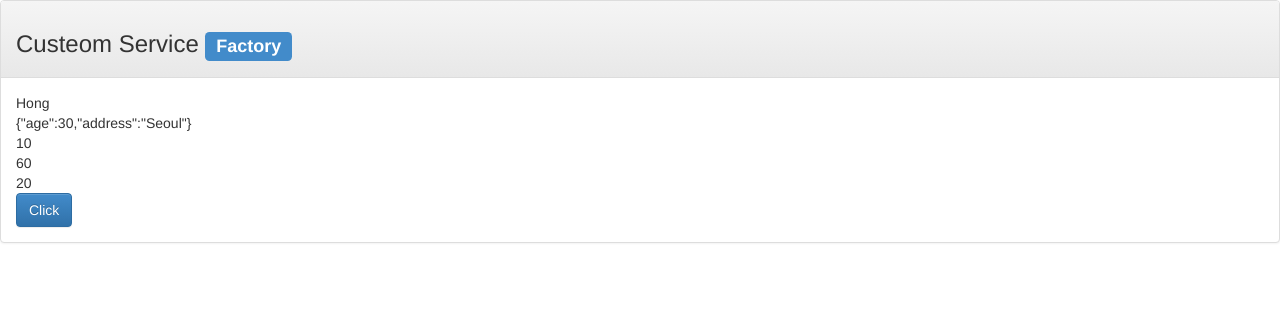
Repository: chisun-joung/workplace
Page: angularJS/WebContent/Chap18_Service/S06_Factory.html
An editor plug-in stored every save of this project. The page is shown before and after the next save, followed by the edit.
The browser window is 1280 px wide. The pictures show the whole page.
Some web libraries are served in a nearby version.

Above is the page before, as saved 2016-11-30 00:40:05.

### angularJS/WebContent/Chap18_Service/S06_Factory.html
<!DOCTYPE html>
<html ng-app="app">
<head>
	<meta charset="UTF-8">
	<title>Factory</title>
	<script src="https://ajax.googleapis.com/ajax/libs/angularjs/1.2.9/angular.js"></script>
	<link href="bootstrap.css" rel="stylesheet" />
	<link href="bootstrap-theme.css" rel="stylesheet" />
	<script type="text/javascript">

		var demo = angular.module('demo',[]);
		demo.constant('name', 'Hong');
		demo.constant('user', {
			age: 30,
			address: 'Seoul',
			getInfo: function(){
				return this.age + " : " + this.address;
			}
		});
		demo.factory('demoFactory',['name','user',function(name, user){
			var jumsu = [10,20,30,0,0];
			var userName = name;
			var user = user;
			var setKor = function(kor){
				jumsu[0] = kor;
			}
			var getKor = function(){
				return jumsu[0];
			}
			var getTotal = function(){
				jumsu[3] = jumsu[0] + jumsu[1] + jumsu[2];
				return jumsu[3];
			}
			var getAvg = function(){
				jumsu[4] = jumsu[3] /3 ;
				return jumsu[4];
			}
			return {
				name : userName,
				user : user,
				getKor : getKor,
				getAvg : getAvg,
				getTotal : getTotal
			}
		}]);

		var app = angular.module('app', ['demo']);
		app.controller('mainCtrl', ['$scope', 'demoFactory',function ($scope, demoFactory) {
			$scope.name = demoFactory.name;
			$scope.user = demoFactory.user;
			$scope.kor = demoFactory.getKor();
			$scope.total = demoFactory.getTotal();
			$scope.avg = demoFactory.getAvg();

		}])
	</script>
</head>
<body>

	<div class="panel panel-default">
		<div class="panel-heading">
			<h3>
				Custeom Service
				<span class="label label-primary">Factory</span>
			</h3>
		</div>


		<div class="panel-body" ng-controller="mainCtrl">
			<div>{{name}}</div>
			<div>{{user}}</div>
			<div>{{kor}}</div>
			<div>{{total}}</div>
			<div>{{avg}}</div>
			<div></div>
			<button class="btn btn-primary">Click</button>
		</div>

	</div>

</body>
</html>

Loaded but not shown: angularJS/WebContent/Chap18_Service/bootstrap.css (library); angularJS/WebContent/Chap18_Service/bootstrap-theme.css (library)

After the next save:
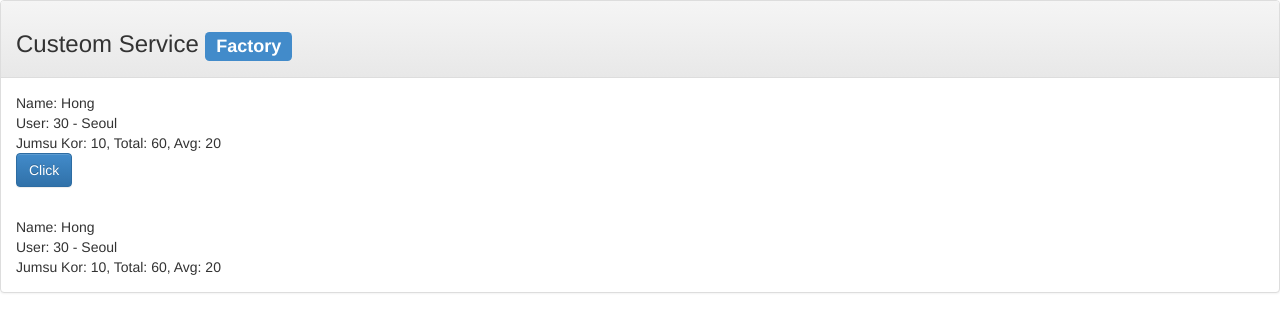
Saved 2 min 35 s later.
--- a/angularJS/WebContent/Chap18_Service/S06_Factory.html
+++ b/angularJS/WebContent/Chap18_Service/S06_Factory.html
@@ -7,8 +7,7 @@
 	<link href="bootstrap.css" rel="stylesheet" />
 	<link href="bootstrap-theme.css" rel="stylesheet" />
 	<script type="text/javascript">
-
-		var demo = angular.module('demo',[]);
+		var demo = angular.module('demo', []);
 		demo.constant('name', 'Hong');
 		demo.constant('user', {
 			age: 30,
@@ -17,10 +16,17 @@
 				return this.age + " : " + this.address;
 			}
 		});
-		demo.factory('demoFactory',['name','user',function(name, user){
-			var jumsu = [10,20,30,0,0];
+		demo.factory('demoFactory', ['name','user',
+		                             function(name, user){
+			// 1. 기본적으로 var을 이용한 변수와 함수를 선언한다.
+			// 2. 반드시 return을 이용하여 var로 선언한 변수와 함수 중
+			//		공개할 변수, 함수를 Object 타입으로 리턴해야 한다.
+			// 3. config에서 직접 변경 불가
+			//		value처럼 decorator를 이용한 변경은 가능하다.
 			var userName = name;
 			var user = user;
+			var jumsu = [10,20,30,0,0];
+
 			var setKor = function(kor){
 				jumsu[0] = kor;
 			}
@@ -32,25 +38,44 @@
 				return jumsu[3];
 			}
 			var getAvg = function(){
-				jumsu[4] = jumsu[3] /3 ;
+				jumsu[4] = jumsu[3] / 3;
 				return jumsu[4];
 			}
+
+			// 위에서 선언한 변수, 함수 중 공개할 것만 정의.
 			return {
+				// 앞의 키값이 공개할 이름, value 값이 정의한 변수 또는 함수
 				name : userName,
-				user : user,
-				getKor : getKor,
-				getAvg : getAvg,
-				getTotal : getTotal
+				user: user,
+				kor : getKor,
+				total : getTotal,
+				avg: getAvg
 			}
-		}]);
+ 		}]);
 
 		var app = angular.module('app', ['demo']);
-		app.controller('mainCtrl', ['$scope', 'demoFactory',function ($scope, demoFactory) {
+		app.controller('mainCtrl', ['$scope','demoFactory',
+		                    function ($scope, demoFactory) {
 			$scope.name = demoFactory.name;
 			$scope.user = demoFactory.user;
-			$scope.kor = demoFactory.getKor();
-			$scope.total = demoFactory.getTotal();
-			$scope.avg = demoFactory.getAvg();
+			$scope.kor = demoFactory.kor();
+
+			// 허용하지 않은 setKor 호출
+			//demoFactory.setKor(100);
+
+			$scope.total = demoFactory.total();
+			$scope.avg = demoFactory.avg();
+
+			$scope.change = function(){
+				$scope.user.age = 100;
+				$scope.name = "홍길동";
+				$scope.total = 300;
+			}
+
+			// total 값이 변경되면 평균은 다시 산출
+			$scope.$watch('total', function(nv){
+				$scope.avg = nv / 3;
+			})
 
 		}])
 	</script>
@@ -67,15 +92,17 @@
 
 
 		<div class="panel-body" ng-controller="mainCtrl">
-			<div>{{name}}</div>
-			<div>{{user}}</div>
-			<div>{{kor}}</div>
-			<div>{{total}}</div>
-			<div>{{avg}}</div>
-			<div></div>
-			<button class="btn btn-primary">Click</button>
+			<div>Name: {{name}}</div>
+			<div>User: {{user.age}} - {{user.address}}</div>
+			<div>Jumsu Kor: {{kor}}, Total: {{total}}, Avg: {{avg}}</div>
+			<button class="btn btn-primary" ng-click="change()">Click</button>
 		</div>
 
+		<div class="panel-body" ng-controller="mainCtrl">
+			<div>Name: {{name}}</div>
+			<div>User: {{user.age}} - {{user.address}}</div>
+			<div>Jumsu Kor: {{kor}}, Total: {{total}}, Avg: {{avg}}</div>
+		</div>
 	</div>
 
 </body>
